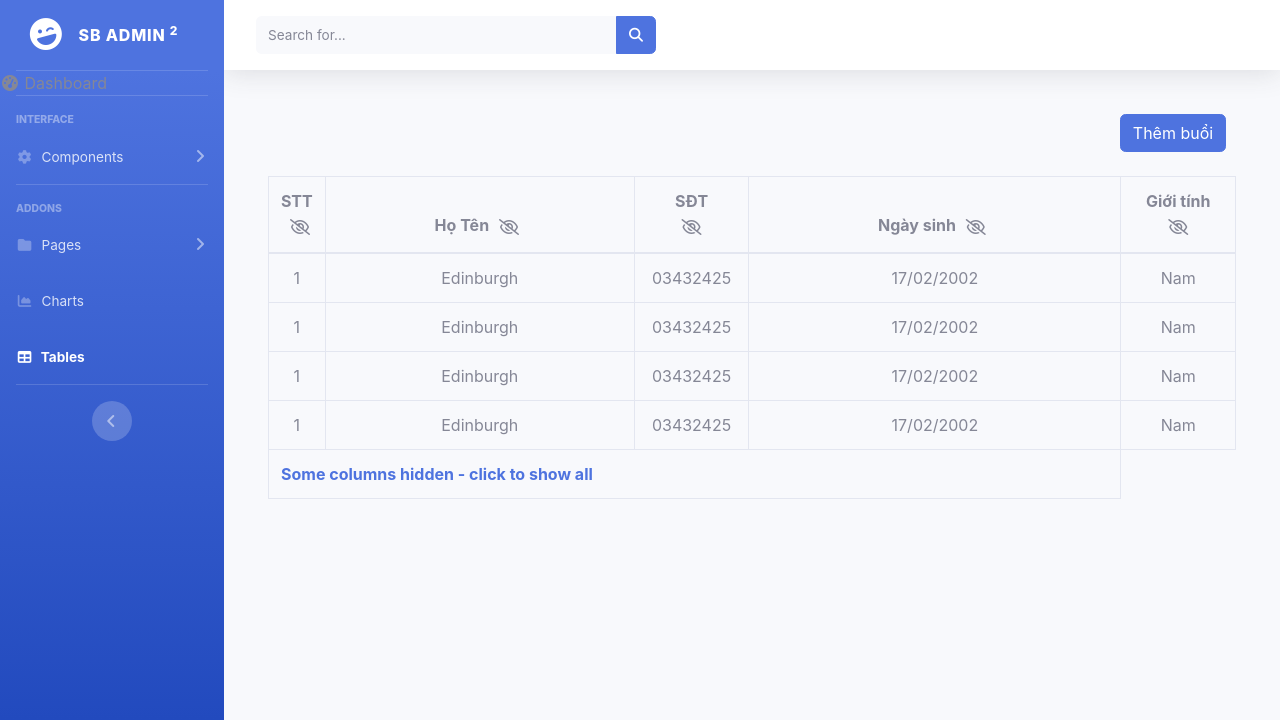
Repository: huyennvo/WebCiTEdu
Page: index.html
These files come from the project's save history. The page is drawn as it stood at one moment and after the next save; the edit follows.
The browser window is 1280 px wide. The pictures show the whole page.
Some web libraries are served in a nearby version.

Above is the page before, as saved 2022-07-30 10:02:36.

### index.html
<!DOCTYPE html>
<html lang="en">

<head>

    <meta charset="utf-8">
    <meta http-equiv="X-UA-Compatible" content="IE=edge">
    <meta name="viewport" content="width=device-width, initial-scale=1, shrink-to-fit=no">
    <meta name="description" content="">
    <meta name="author" content="">

    <title>CiT Edu</title>
    <link rel="stylesheet" href="https://cdn.jsdelivr.net/npm/bootstrap@4.6.1/dist/css/bootstrap.min.css">
    <script src="https://cdn.jsdelivr.net/npm/jquery@3.6.0/dist/jquery.slim.min.js"></script>
    <script src="https://cdn.jsdelivr.net/npm/popper.js@1.16.1/dist/umd/popper.min.js"></script>
    <script src="https://cdn.jsdelivr.net/npm/bootstrap@4.6.1/dist/js/bootstrap.bundle.min.js"></script>
    <script src="https://kit.fontawesome.com/1b99fd25e4.js" crossorigin="anonymous"></script>
</head>

<link href="vendor/fontawesome-free/css/all.min.css" rel="stylesheet" type="text/css">
<link href="./sb-admin-2.min.css" rel="stylesheet">
<style>
    /* body {
        padding: 15px;
    } */

    .table-hideable td,
    .table-hideable th {
        width: auto;
        transition: width .5s, margin .5s;
    }

    .btn-condensed.btn-condensed {
        padding: 0 5px;
        box-shadow: none;
    }
    /* use class to have a little animation */

    .hide-col {
        width: 0px !important;
        height: 0px !important;
        display: block !important;
        overflow: hidden !important;
        margin: 0 !important;
        padding: 0 !important;
        border: none !important;
    }
    .gioiTinh {
      width: 7vw !important;
    }
    th, td {
        text-align: center;
    }

</style>

<!-- Custom styles for this template -->
<link href="css/sb-admin-2.min.css" rel="stylesheet">
<!--

<link href="http://maxcdn.bootstrapcdn.com/font-awesome/4.7.0/css/font-awesome.min.css" rel="stylesheet">
<link rel="stylesheet" href="css/buton.css">

<link rel="stylesheet" href="css/bootstrap.css">
<link rel="stylesheet" href="css/bootstrap.min.css">
<link rel="stylesheet" href="path/to/font-awesome/css/font-awesome.min.css">
<link href="https://cdn.jsdelivr.net/npm/bootstrap@5.2.0/dist/css/bootstrap.min.css" rel="stylesheet" integrity="sha384-gH2yIJqKdNHPEq0n4Mqa/HGKIhSkIHeL5AyhkYV8i59U5AR6csBvApHHNl/vI1Bx" crossorigin="anonymous" />
 -->

<!-- <link
href="https://cdn.jsdelivr.net/npm/bootstrap@5.2.0/dist/css/bootstrap.min.css"
rel="stylesheet"
integrity="sha384-gH2yIJqKdNHPEq0n4Mqa/HGKIhSkIHeL5AyhkYV8i59U5AR6csBvApHHNl/vI1Bx"
crossorigin="anonymous"
/> -->
<!-- <script
src="https://cdn.jsdelivr.net/npm/bootstrap@5.2.0/dist/js/bootstrap.bundle.min.js"
integrity="sha384-A3rJD856KowSb7dwlZdYEkO39Gagi7vIsF0jrRAoQmDKKtQBHUuLZ9AsSv4jD4Xa"
crossorigin="anonymous"
></script>  -->
<script src="./app.js"></script>
</head>

<body id="page-top">

    <!-- Page Wrapper -->
    <div id="wrapper">

        <!-- Sidebar -->
        <ul class="navbar-nav bg-gradient-primary sidebar sidebar-dark accordion" id="accordionSidebar">

            <!-- Sidebar - Brand -->
            <a class="sidebar-brand d-flex align-items-center justify-content-center" href="index.html">
                <div class="sidebar-brand-icon rotate-n-15">
                    <i class="fas fa-laugh-wink"></i>
                </div>
                <div class="sidebar-brand-text mx-3">SB Admin <sup>2</sup></div>
            </a>

            <!-- Divider -->
            <hr class="sidebar-divider my-0">

            <!-- Nav Item - Dashboard -->
            <li class="nav-item">
                <!-- <a class="nav-link" href="index.html"> -->
                <i class="fas fa-fw fa-tachometer-alt"></i>
                <span>Dashboard</span></a>
            </li>

            <!-- Divider -->
            <hr class="sidebar-divider">

            <!-- Heading -->
            <div class="sidebar-heading">
                Interface
            </div>

            <!-- Nav Item - Pages Collapse Menu -->
            <li class="nav-item">
                <a class="nav-link collapsed" href="#" data-toggle="collapse" data-target="#collapseTwo" aria-expanded="true" aria-controls="collapseTwo">
                    <i class="fas fa-fw fa-cog"></i>
                    <span>Components</span>
                </a>
            </li>

            <!-- Divider -->
            <hr class="sidebar-divider">

            <!-- Heading -->
            <div class="sidebar-heading">
                Addons
            </div>

            <!-- Nav Item - Pages Collapse Menu -->
            <li class="nav-item">
                <a class="nav-link collapsed" href="#" data-toggle="collapse" data-target="#collapsePages" aria-expanded="true" aria-controls="collapsePages">
                    <i class="fas fa-fw fa-folder"></i>
                    <span>Pages</span>
                </a>
            </li>

            <!-- Nav Item - Charts -->
            <li class="nav-item">
                <a class="nav-link" href="charts.html">
                    <i class="fas fa-fw fa-chart-area"></i>
                    <span>Charts</span></a>
            </li>

            <!-- Nav Item - Tables -->
            <li class="nav-item active">
                <a class="nav-link" href="tables.html">
                    <i class="fas fa-fw fa-table"></i>
                    <span>Tables</span></a>
            </li>

            <!-- Divider -->
            <hr class="sidebar-divider d-none d-md-block">

            <!-- Sidebar Toggler (Sidebar) -->
            <div class="text-center d-none d-md-inline">
                <button class="rounded-circle border-0" id="sidebarToggle"></button>
            </div>

        </ul>
        <!-- End of Sidebar -->

        <!-- Content Wrapper -->
        <div id="content-wrapper" class="d-flex flex-column">

            <!-- Main Content -->
            <div id="content">

                <!-- Topbar -->
                <nav class="navbar navbar-expand navbar-light bg-white topbar mb-4 static-top shadow">

                    <!-- Sidebar Toggle (Topbar) -->
                    <form class="form-inline">
                        <button id="sidebarToggleTop" class="btn btn-link d-md-none rounded-circle mr-3">
              <i class="fa fa-bars"></i>
            </button>
                    </form>

                    <!-- Topbar Search -->
                    <form class="d-none d-sm-inline-block form-inline mr-auto ml-md-3 my-2 my-md-0 mw-100 navbar-search">
                        <div class="input-group">
                            <input type="text" class="form-control bg-light border-0 small" placeholder="Search for..." aria-label="Search" aria-describedby="basic-addon2">
                            <div class="input-group-append">
                                <button class="btn btn-primary" type="button">
                  <i class="fas fa-search fa-sm"></i>
                </button>
                            </div>
                        </div>
                    </form>
                </nav>
                <!-- End of Topbar -->
                <!-- Begin Page Content -->
                <div class="container-fluid">
                    <div class="card-body">

                        <div class="table-responsive">
                            <button style="display: flex; position: relative;
                            left: 88%;" id="insertCol" class="btn btn-primary">Thêm buổi</button>
                            <br>
                            <table class="table table-bordered" id="dataTable" width="100%" cellspacing="0">
                                <thead style="text-align: center;">
                                    <tr id="row1">
                                        <th>
                                            STT
                                            <button style="width:2vw; text-align: centre" class="pull-right btn btn-default btn-condensed hide-column" data-toggle="tooltip" data-placement="bottom" title="Ẩn cột">
          <i class="fa fa-eye-slash"></i>
        </button>
                                        </th>

                                        <th>
                                            Họ Tên
                                            <button class="pull-right btn btn-default btn-condensed hide-column hoTen" data-toggle="tooltip" data-placement="bottom" title="Ẩn cột">
          <i class="fa fa-eye-slash"></i>
        </button>
                                        </th class="hide-col">
                                        <th>
                                            SĐT
                                            <button style="width: 7vw" class="pull-right btn btn-default btn-condensed hide-column" data-toggle="tooltip" data-placement="bottom" title="Ẩn cột">
          <i class="fa fa-eye-slash"></i>
        </button>
                                        </th>

                                        <th>
                                           Ngày sinh
                                            <button class="pull-right btn btn-default btn-condensed hide-column" data-toggle="tooltip" data-placement="bottom" title="Ẩn cột">
          <i class="fa fa-eye-slash"></i>
        </button>
                                       </th>
                                        </th class="hide-col">
                                        <th>
                                            Giới tính
                                            <button class="pull-right btn btn-default btn-condensed hide-column gioiTinh" data-toggle="tooltip" data-placement="bottom" title="Ẩn cột">
          <i class="fa fa-eye-slash"></i>
        </button>
                                        </th>

                                    </tr>
                                </thead>
                                <tbody id="myTable">


                                    <tr id="row2">
                                        <td style="width:2vw">1</td>
                                        <td class="hoTen">Edinburgh</td>
                                        <td style="width: 7vw">03432425</td>
                                        <td>17/02/2002</td>
                                        <td class="gioiTinh">Nam</td>
                                    </tr>
                                    <tr id="row3">
                                        <td style="width:3vw">1</td>
                                        <td class="hoTen">Edinburgh</td>
                                        <td style="width: 7vw">03432425</td>
                                        <td>17/02/2002</td>
                                        <td class="gioiTinh">Nam</td>
                                    </tr>
                                    <tr id="row4">
                                        <td style="width:2vw">1</td>
                                        <td class="hoTen">Edinburgh</td>
                                        <td style="width: 7vw" >03432425</td>
                                        <td>17/02/2002</td>
                                        <td class="gioiTinh">Nam</td>
                                    </tr>
                                    <tr id="row5">
                                        <td style="width:2vw">1</td>
                                        <td class="hoTen">Edinburgh</td>
                                        <td style="width: 7vw">03432425</td>
                                        <td>17/02/2002</td>
                                        <td class="gioiTinh">Nam</td>
                                    </tr>

                                </tbody>
                                <tfoot class="footer-restore-columns">
                                    <tr>
                                        <th colspan="4"><a class="restore-columns" href="#">Some columns hidden - click to show all</a></th>
                                    </tr>
                                </tfoot>
                            </table>
                        </div>
                    </div>
                </div>

            </div>
            <!-- /.container-fluid -->
        </div>
        <!-- End of Main Content -->

    </div>
    <!-- End of Content Wrapper -->

    </div>
    <!-- End of Page Wrapper -->

    <!-- Scroll to Top Button-->
    <!-- Button trigger modal -->


    <!-- Modal -->

    <div class="modal fade" id="exampleModal" tabindex="-1" aria-labelledby="exampleModalLabel" aria-hidden="true">
        <div class="modal-dialog">
            <div class="modal-content">
                <div class="modal-header">
                    <h5 class="modal-title" id="exampleModalLabel">Thông tin buổi học</h5>
                    <button type="button" class="close" data-dismiss="modal" aria-label="Close">
            <span aria-hidden="true">&times;</span>
          </button>
                </div>
                <div class="modal-body">
                    <form id="formInput-add">
                        <div class="form-group row">
                            <label class="col-md-3" for="inputName">Chủ nhiệm</label>
                            <input type="text" class="col-md-9 form-control" id="inputName" name="name" aria-describedby="emailHelp" placeholder="Tên chủ nhiệm" />
                        </div>
                        <div class="form-group row">
                            <label class="col-md-3" for="inputPrice">Trợ giảng</label>
                            <input type="" name="price" class="col-md-9 form-control" id="inputPrice" placeholder="Tên trợ giảng" />
                        </div>
                        <div class="form-group row">
                            <label class="col-md-3" for="inputDescription">Giảng viên</label>
                            <input type="" name="description" class="col-md-9 form-control" id="inputDescription" placeholder="Tên giảng viên" />
                        </div>
                        <div class="form-group row">
                            <label class="col-md-3" for="inputQuantity">Nội dung buổi học</label>

                            <input type="" name="product_site" class="col-md-9 form-control" id="inputProductSite" placeholder="" />
                            <!-- <textarea id="w3review" name="w3review" rows="4" cols="50"></textarea> -->
                        </div>
                        <div class="form-group row">
                            <label class="col-md-3" for="inputProductSite">Nhận xét</label>
                            <textarea type="" name="quantity" class="col-md-9 form-control" id="inputQuantity" placeholder=""></textarea>
                        </div>
                        <div class="modal-footer">
                            <button type="button" class="btn btn-primary">Lưu</button>
                            <button type="button" class="btn btn-secondary" data-dismiss="modal">Đóng</button>
                        </div>
                </div>
            </div>
        </div>
    </div>

</body>

</html>

### app.js
$(document).ready(function () {
  // $('#dataTable').on('click', '#select-all', function(){
  //    let a =$(this).className;
  //     console.log(a);
  //   // if ($(this).hasClass('allChecked')) {
      // $('input:checkbox[id^=a][type="checkbox"]').prop('checked', false);
  //   // } else {
  //   //   $('input:checkbox[id^=a][type="checkbox"]').prop('checked', true);
  //   // }
  //   // $(this).toggleClass('allChecked');
  // });
  // $("checkBox[id='checkbox1']")
  // $('#select-all2').click(function () {
  //   if ($(this).hasClass('allChecked')) {
  //     $('input:checkbox[id^="checkBox2"][type="checkbox"]').prop('checked', false);
  //   } else {
  //     $('input:checkbox[id^="checkBox2"][type="checkbox"]').prop('checked', true);
  //   }
  //   $(this).toggleClass('allChecked');
  // });
 // on init
 $(".table-hideable .hide-col").each(HideColumnIndex);

 // on click
 $('.hide-column').click(HideColumnIndex)

 function HideColumnIndex() {
     var $el = $(this);
     var $cell = $el.closest('th,td')
     var $table = $cell.closest('table')

     // get cell location - https://stackoverflow.com/a/4999018/1366033
     var colIndex = $cell[0].cellIndex + 1;
     // find and hide col index
     $table.find("tbody tr, thead tr")
         .children(":nth-child(" + colIndex + ")")
         .addClass('hide-col')

     // show restore footer
     $table.find(".footer-restore-columns").show()
 }

 // restore columns footer
 $(".restore-columns").click(function(e) {
     var $table = $(this).closest('table')
     $table.find(".footer-restore-columns").hide()
     $table.find("th, td")
         .removeClass('hide-col');

 })

 $('[data-toggle="tooltip"]').tooltip({
     trigger: 'hover'
 })

 let stt = 1;
 $("#insertCol").click(function(){
  let html1 = "";

  html1 +=`<th>Buổi ${stt} <button style="border: 0; background-color: #F8F9FC" data-stt="${stt}" class="checkBox${stt} select-all"><i
    class="fa-solid fa-check-double" style="color:green;"  data-toggle="tooltip" data-placement="right" title="Chọn tất cả"></i></button><br><button type="button"
    class="btn" data-toggle="modal" data-target="#exampleModal">
    Thêm
    </button>  <button class="pull-right btn btn-default btn-condensed hide-column" data-toggle="tooltip" data-placement="bottom" title="Hide Column">
    <i class="fa fa-eye-slash"></i>
    </button> </th>`;
    $("#row1").append(html1);
    for(let i = 0; i < 5; i++) {
      $(`#row${i + 2}`).append(`<td><input type="checkbox" id="checkBox${stt}" name="name" value="name">
      <select name="cars" id="cars" >
        <option value="saab" selected></option>
          <option value="saab" >Có phép</option>
          <option value="opel">Không phép</option>
          <option value="audi">Đi muộn</option>
        </select>
      </td>`);


    }


  // on init
 $(".table-hideable .hide-col").each(HideColumnIndex);

 // on click
 $('.hide-column').click(HideColumnIndex)

 function HideColumnIndex() {
     var $el = $(this);
     var $cell = $el.closest('th,td')
     var $table = $cell.closest('table')

     // get cell location - https://stackoverflow.com/a/4999018/1366033
     var colIndex = $cell[0].cellIndex + 1;
     // find and hide col index
     $table.find("tbody tr, thead tr")
         .children(":nth-child(" + colIndex + ")")
         .addClass('hide-col')

     // show restore footer
     $table.find(".footer-restore-columns").show()
 }

 // restore columns footer
 $(".restore-columns").click(function(e) {
     var $table = $(this).closest('table')
     $table.find(".footer-restore-columns").hide()
     $table.find("th, td")
         .removeClass('hide-col');

 })

 $('[data-toggle="tooltip"]').tooltip({
     trigger: 'hover'
 })
 $('.select-all').click(function () {
  let sttt = $(this).attr("data-stt");
  console.log(sttt);
  if ($(this).hasClass('allChecked')) {
    $(`input:checkbox[id^="checkBox${sttt}"][type="checkbox"]`).prop('checked', false);
  } else {
    $(`input:checkbox[id^="checkBox${sttt}"][type="checkbox"]`).prop('checked', true);
  }
  $(this).toggleClass('allChecked');
})
 stt++;
});




});

Loaded but not shown: sb-admin-2.min.css (library)

After the next save:
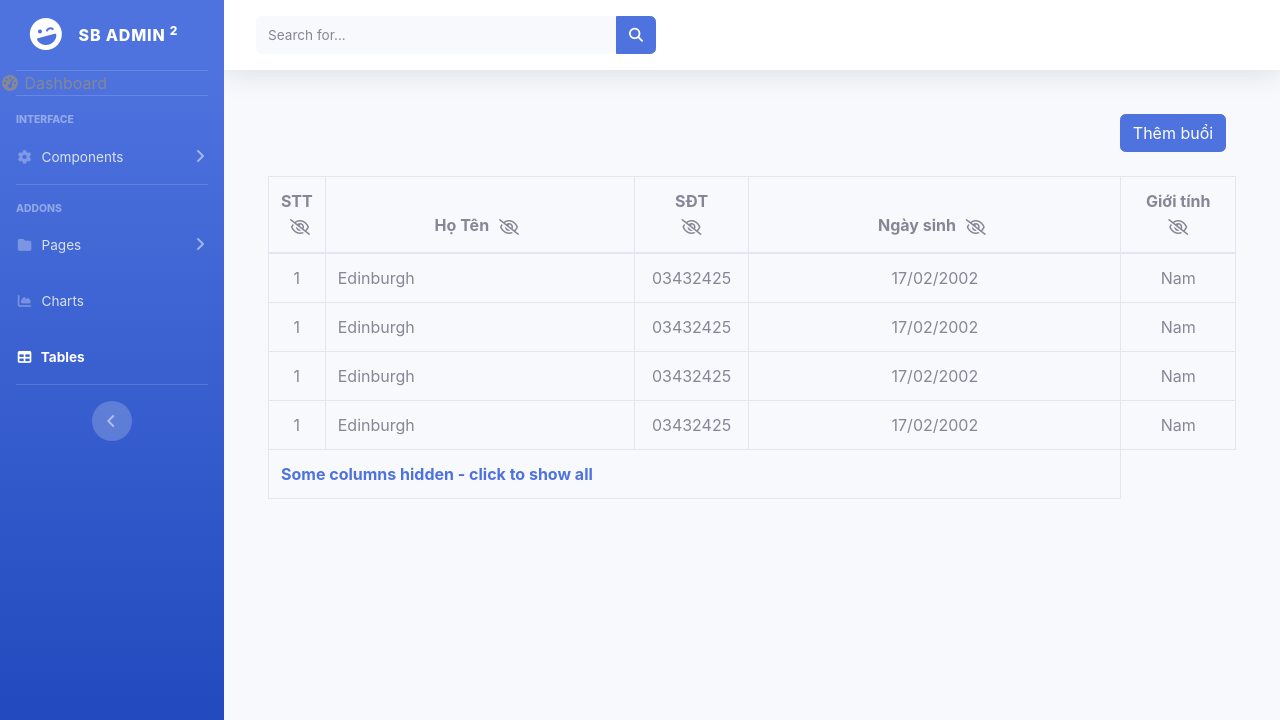
Saved 24 s later.
--- a/index.html
+++ b/index.html
@@ -50,6 +50,9 @@
     }
     th, td {
         text-align: center;
+    }
+    .hoTen {
+        text-align: left;
     }
 
 </style>
